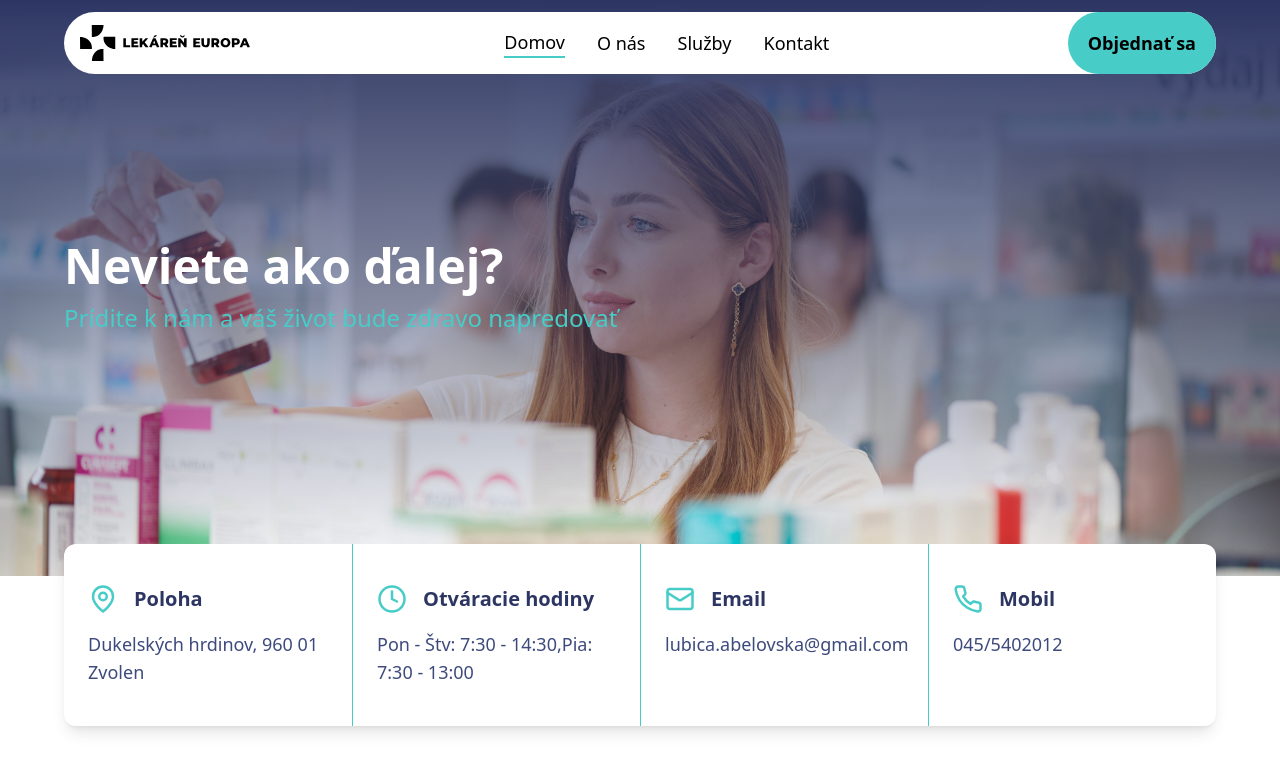
Repository: SimonSkoda13/Lekaren
Page: /
The author's editor kept a copy of each file at every save. The page is drawn from the files as they stood at one save, then again after the next save.
The browser window is 1280 px wide. The pictures show the whole page.
The project was rebuilt for these pictures with package versions that can differ from the ones it lists, and the page was loaded fresh each time. The framework's server and built-in components were replaced by stand-ins that run in the browser. Also part of the build but not shown: next.config.js.

Above is the page before, as saved 2023-04-22 20:38:59.

After the next save:
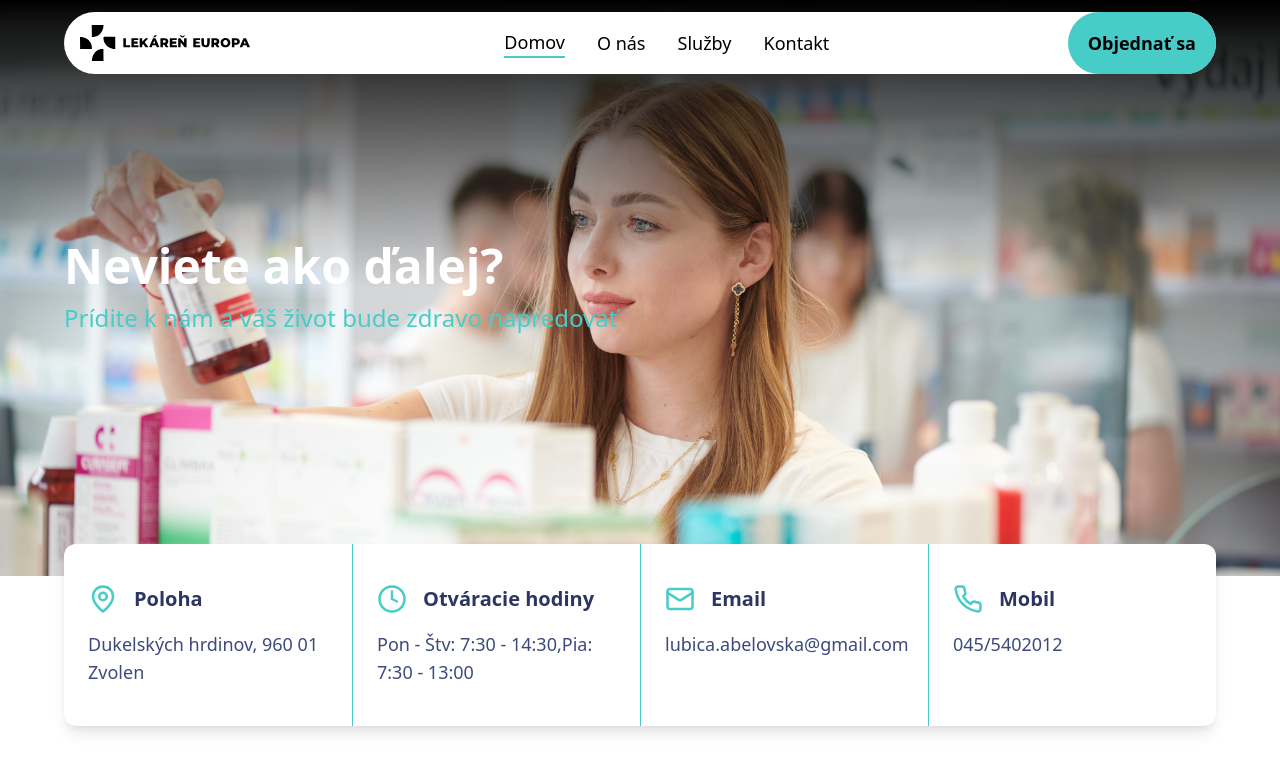
Saved 58 s later.
--- a/src/app/components/HomeHero/ImageGradient/ImageGradient.tsx
+++ b/src/app/components/HomeHero/ImageGradient/ImageGradient.tsx
@@ -8,7 +8,10 @@ export const ImageGradient = (props: ImageGradientProps) => {
   const { children } = props;
   return (
     <div className="relative w-full h-full overflow-hidden z-10">
-      <div className="absolute inset-0 z-10 bg-gradient-to-b from-secondary"></div>
+      <div
+        className="absolute inset-0 z-10 bg-gradient-to-b from-black via-transparent to-transparent
+"
+      ></div>
       {children}
     </div>
   );
